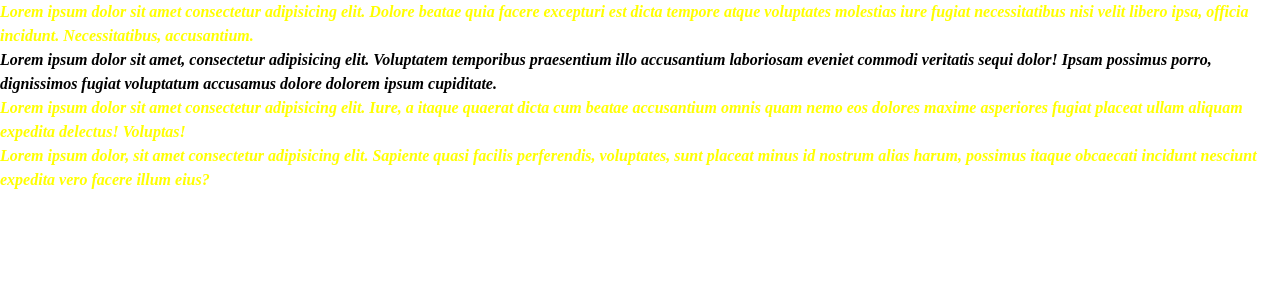
Repository: nguyenkien12345/Master-Css
Page: 1 so thuoc tinh css dac biet/index.html
An editor plug-in stored every save of this project. The page is shown before and after a run of saves, followed by the edit.
The browser window is 1280 px wide. The pictures show the whole page.

Above is the page before, as saved 2023-09-10 22:55:29.

After the next 3 saves:
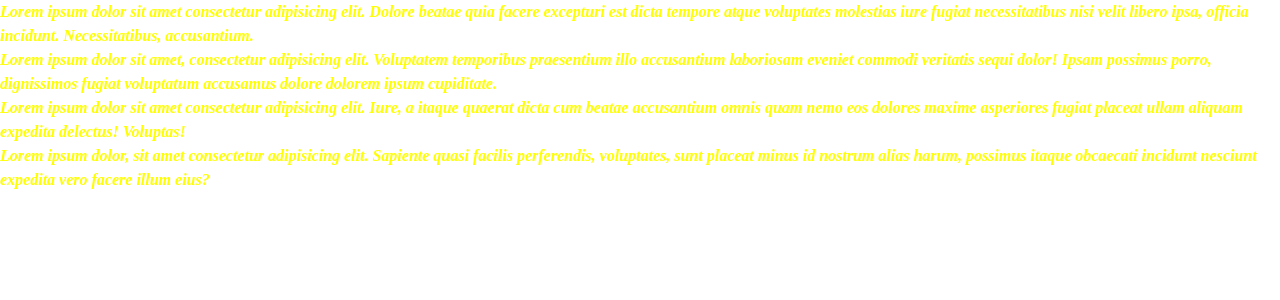
The 3 saves are shown as one change because they came seconds apart.
The last was saved 11 s later.
--- a/1 so thuoc tinh css dac biet/index.html
+++ b/1 so thuoc tinh css dac biet/index.html
@@ -115,9 +115,9 @@
         } */
 
         div p { color: yellow; }
+        section p { color: yellow; }
         main p { color: yellow; }
         article p { color: yellow; }
-        div p { color: yellow; }
 
         /* Viết theo kiểu div p, section p, main p,  article p {} quá dài dòng nên ta sẽ có cách viết khác như sau: */
         /* Thay :where bằng :is cũng cho ra kết quả tương tự */
